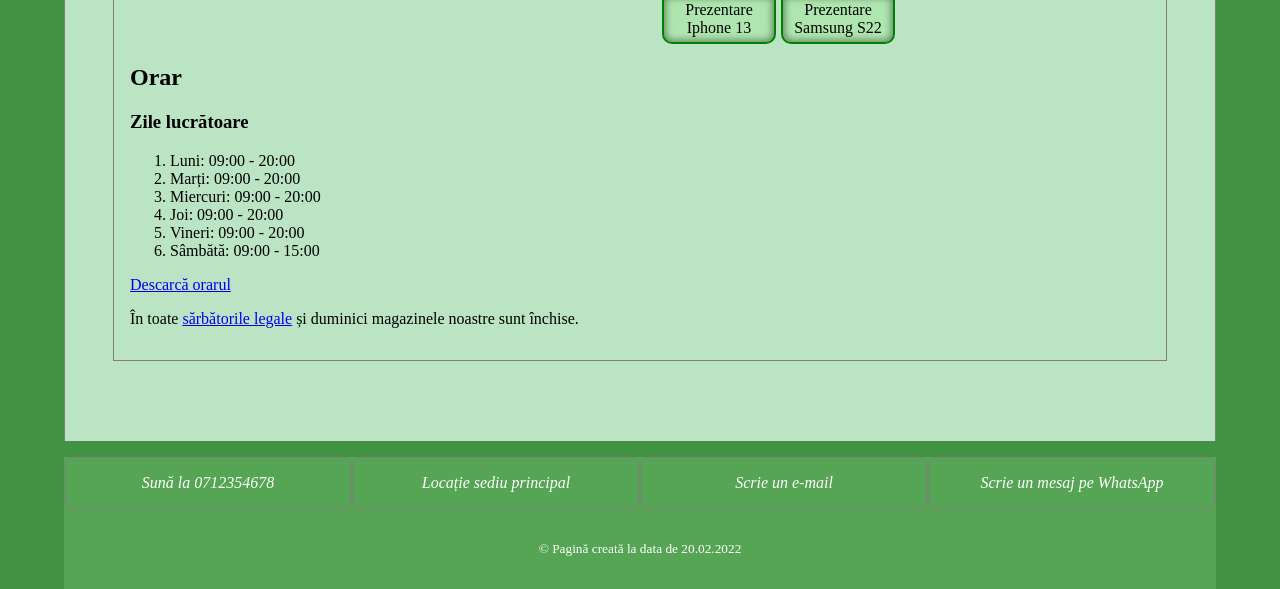
Repository: alexbanilean/Proiect-TW---ElectroHub
Page: index.html
These files come from the project's save history. The page is drawn as it stood at one moment and after the next save; the edit follows.
The browser window is 1280 px wide. The pictures show the part of the page from y = 3438 to 4027 px (the page is 4027 px tall).

Above is the page before, as saved 2022-03-06 19:19:54.

### index.html
<!DOCTYPE html>
<html lang="ro">
    <head>

        <meta charset="utf-8">
        <meta name="description" content="Universul electronicelor și electrocasnicelor la cele mai bune prețuri.">
        <meta name="keywords" content="electronice, electrocasnice, telefoane, tablete, jocuri, televizoare, smartphone">
        <meta name="author" content="Alexandru Bănilean">

        <title>ElectroHub</title>

        <link rel="apple-touch-icon" sizes="180x180" href="./resurse/ico/apple-touch-icon.png">
        <link rel="icon" type="image/png" sizes="32x32" href="./resurse/ico/favicon-32x32.png">
        <link rel="icon" type="image/png" sizes="16x16" href="./resurse/ico/favicon-16x16.png">
        <link rel="manifest" href="./resurse/ico/site.webmanifest">
        <link rel="mask-icon" href="./resurse/ico/safari-pinned-tab.svg" color="#5bbad5">
        <link rel="shortcut icon" href="./resurse/ico/favicon.ico">
        <meta name="msapplication-TileColor" content="#da532c">
        <meta name="msapplication-config" content="./resurse/ico/browserconfig.xml">
        <meta name="theme-color" content="#ffffff">

        <link rel="stylesheet" href="./resurse/css/general.css" type="text/css"/>
        <link rel="stylesheet" href="./resurse/css/general-1200.css" type="text/css" media="screen and (max-width:1200px)"/>
        <link rel="stylesheet" href="./resurse/css/general-500.css" type="text/css" media="screen and (max-width:500px)"/>
        <link rel="stylesheet" href="./resurse/css/nav.css" type="text/css"/>
        <link rel="stylesheet" href="./resurse/css/nav-500.css" type="text/css" media="screen and (max-width:500px)"/>

        <link rel="stylesheet" href="https://use.fontawesome.com/releases/v6.0.0/css/all.css">
        <link rel="preconnect" href="https://fonts.gstatic.com">
        <link href="https://fonts.googleapis.com/css?family=Montserrat" rel="stylesheet"/>

    </head>
    <body>
        <header>
            <h1>ElectroHub</h1>
        </header>

        <nav>

            <label id="hamburger" for="ch-menu">
                <img src="./resurse/imagini/hamburger_icon_alb.png" alt="menu">
            </label>
            <input id="ch-menu" type="checkbox">

            <ul class="meniu">
                <li><div class="home-button"><span class="text-home-button">Acasă</span></div>
                    <ul>
                        <li><a href="#welcome">Bine ați venit!</a></li>
                        <li><a href="#orar">Orar</a></li>
                    </ul>
                </li>
                <li><div>Despre</div>
                    <ul>
                        <li><a href="despre.html#prezentare">Prezentare</a></li>
                        <li><a href="despre.html#istoric">Istoric</a></li>
                        <li><a href="despre.html#galerie">Galerie</a></li>
                    </ul>
                </li>
                <li><div>Produse</div>
                    <ul>
                        <li><a href="#">Toate</a></li>
                        <li><a href="#">Telefoane & Tablete</a></li>
                        <li><a href="#">Laptop & Desktop</a></li>
                        <li><a href="#">TV</a></li>
                        <li><a href="#">Audio-Video & Foto</a></li>
                        <li><a href="#">Periferice</a></li>
                        <li><a href="#">Gaming, Jocuri</a></li>
                        <li><a href="#">Electrocasnice mari</a></li>
                        <li><a href="#">Electrocasnice mici</a></li>
                        <li><a href="#">Îngrijire personală</a></li>
                    </ul>
                </li>
                <li><a href="suport_clienti.html">Suport clienți</a></li>
                <li><a href="contact.html">Contact</a></li>
            </ul>
        </nav>

        <main>
            <div id="grid-pagina">
                <section id="welcome">
                    <h2>Bine ați venit!</h2>
                    <p>ElectroHub România reprezintă cel mai mare furnizor de tehnologie la nivel național,
                        oferind clienților toate produsele <b>electronice</b> și <b>electrocasnice</b> necesare, împreună cu servicii de calitate,
                        dar și tehnică de ultimă generație, de la cele mai noi <b>televizoare</b> numai bune pentru a te relaxa, până la <b>telefoane</b> mobile,
                        <b>tablete</b> și <b>jocuri</b> pentru a-i face fericiți pe cei mici și nu numai.</p>
                    <p>Scopurile urmărite de compania noastră sunt:</p>
                    <ol>
                        <li>Asigurarea serviciilor de calitate clienților noștri</li>
                        <li>Eficiență și rapiditate</li>
                        <li>Oferirea unei game variate de produse</li>
                        <li><q lang="ro" cite="https://www.postmodern.ro/articol/citate-despre-succes/">Când totul pare că e împotriva ta, amintește-ți că avioanele decolează întotdeauna împotriva vântului.</q></li>
                    </ol>

                    <figure>
                        <img sizes="(min-width:1200px) 1280px, (min-width:600px) 640px, 200px"
                            srcset="./resurse/imagini/online_shopping_large.jpg 1280w,
                                    ./resurse/imagini/online_shopping_medium.jpg 640w,
                                    ./resurse/imagini/online_shopping_small.jpg 200w"
                            src="./resurse/imagini/online_shopping_medium.jpg"
                            alt="online_shopping"
                            class="imagine_client"/>
                        <figcaption>Servicii de <em>calitate</em> și clienți mulțumiți</figcaption>
                    </figure>

                </section>

                <section id="tabel">
                    <p>Lorem ipsum dolor sit amet, consectetur adipiscing elit. Nullam aliquam odio vitae purus sagittis congue. Nullam eu facilisis felis. Suspendisse dapibus, leo id hendrerit convallis, dolor eros condimentum augue, eu luctus felis dolor sed odio. Phasellus congue tincidunt lectus, quis laoreet nibh. Nam ac nulla aliquet, dapibus eros non, dictum nulla. Donec mollis, nunc vel fringilla condimentum, enim orci varius ante, sed rutrum lectus risus et quam. Sed suscipit ac eros nec placerat. Aliquam quis urna id orci eleifend eleifend ut in sem. Fusce facilisis tristique tellus at fermentum.
                       Sed scelerisque malesuada felis eget luctus. In consectetur et lectus vel maximus. Morbi accumsan magna sed orci lobortis imperdiet. Nam sit amet risus vel lectus maximus accumsan vitae at metus. Ut convallis nisi vel tortor placerat varius. Sed pulvinar felis quis magna bibendum convallis. Praesent at arcu eget turpis viverra varius ut vel elit. Nulla cursus faucibus magna, vitae laoreet magna feugiat sit amet. Pellentesque dictum mauris lacinia, elementum tellus vitae, interdum velit. Nullam a commodo nibh. Aenean ultricies venenatis mauris. Pellentesque vel scelerisque felis. Cras gravida, sem nec laoreet bibendum, leo sapien dignissim massa, et ullamcorper sapien purus cursus ex. Phasellus consequat fringilla enim, non aliquam velit egestas lobortis.</p>
                </section>

                <section id="calendar">
                    <p>Lorem ipsum dolor sit amet, consectetur adipiscing elit. Nullam aliquam odio vitae purus sagittis congue. Nullam eu facilisis felis. Suspendisse dapibus, leo id hendrerit convallis, dolor eros condimentum augue, eu luctus felis dolor sed odio. Phasellus congue tincidunt lectus, quis laoreet nibh. Nam ac nulla aliquet, dapibus eros non, dictum nulla. Donec mollis, nunc vel fringilla condimentum, enim orci varius ante, sed rutrum lectus risus et quam. Sed suscipit ac eros nec placerat. Aliquam quis urna id orci eleifend eleifend ut in sem. Fusce facilisis tristique tellus at fermentum.
                        Sed scelerisque malesuada felis eget luctus. In consectetur et lectus vel maximus. Morbi accumsan magna sed orci lobortis imperdiet. Nam sit amet risus vel lectus maximus accumsan vitae at metus. Ut convallis nisi vel tortor placerat varius. Sed pulvinar felis quis magna bibendum convallis. Praesent at arcu eget turpis viverra varius ut vel elit. Nulla cursus faucibus magna, vitae laoreet magna feugiat sit amet. Pellentesque dictum mauris lacinia, elementum tellus vitae, interdum velit. Nullam a commodo nibh. Aenean ultricies venenatis mauris. Pellentesque vel scelerisque felis. Cras gravida, sem nec laoreet bibendum, leo sapien dignissim massa, et ullamcorper sapien purus cursus ex. Phasellus consequat fringilla enim, non aliquam velit egestas lobortis.</p>
                </section>

                <section id="anunturi">
                    <p>Lorem ipsum dolor sit amet, consectetur adipiscing elit. Nullam aliquam odio vitae purus sagittis congue. Nullam eu facilisis felis. Suspendisse dapibus, leo id hendrerit convallis, dolor eros condimentum augue, eu luctus felis dolor sed odio. Phasellus congue tincidunt lectus, quis laoreet nibh. Nam ac nulla aliquet, dapibus eros non, dictum nulla. Donec mollis, nunc vel fringilla condimentum, enim orci varius ante, sed rutrum lectus risus et quam. Sed suscipit ac eros nec placerat. Aliquam quis urna id orci eleifend eleifend ut in sem. Fusce facilisis tristique tellus at fermentum.
                        Sed scelerisque malesuada felis eget luctus. In consectetur et lectus vel maximus. Morbi accumsan magna sed orci lobortis imperdiet. Nam sit amet risus vel lectus maximus accumsan vitae at metus. Ut convallis nisi vel tortor placerat varius. Sed pulvinar felis quis magna bibendum convallis. Praesent at arcu eget turpis viverra varius ut vel elit. Nulla cursus faucibus magna, vitae laoreet magna feugiat sit amet. Pellentesque dictum mauris lacinia, elementum tellus vitae, interdum velit. Nullam a commodo nibh. Aenean ultricies venenatis mauris. Pellentesque vel scelerisque felis. Cras gravida, sem nec laoreet bibendum, leo sapien dignissim massa, et ullamcorper sapien purus cursus ex. Phasellus consequat fringilla enim, non aliquam velit egestas lobortis.</p>
                </section>

                <section id="users-list">
                    <p>Lorem ipsum dolor sit amet, consectetur adipiscing elit. Nullam aliquam odio vitae purus sagittis congue. Nullam eu facilisis felis. Suspendisse dapibus, leo id hendrerit convallis, dolor eros condimentum augue, eu luctus felis dolor sed odio. Phasellus congue tincidunt lectus, quis laoreet nibh. Nam ac nulla aliquet, dapibus eros non, dictum nulla. Donec mollis, nunc vel fringilla condimentum, enim orci varius ante, sed rutrum lectus risus et quam. Sed suscipit ac eros nec placerat. Aliquam quis urna id orci eleifend eleifend ut in sem. Fusce facilisis tristique tellus at fermentum.
                        Sed scelerisque malesuada felis eget luctus. In consectetur et lectus vel maximus. Morbi accumsan magna sed orci lobortis imperdiet. Nam sit amet risus vel lectus maximus accumsan vitae at metus. Ut convallis nisi vel tortor placerat varius. Sed pulvinar felis quis magna bibendum convallis. Praesent at arcu eget turpis viverra varius ut vel elit. Nulla cursus faucibus magna, vitae laoreet magna feugiat sit amet. Pellentesque dictum mauris lacinia, elementum tellus vitae, interdum velit. Nullam a commodo nibh. Aenean ultricies venenatis mauris. Pellentesque vel scelerisque felis. Cras gravida, sem nec laoreet bibendum, leo sapien dignissim massa, et ullamcorper sapien purus cursus ex. Phasellus consequat fringilla enim, non aliquam velit egestas lobortis.</p>
                </section>

                <section id="statistici">
                    <p>Lorem ipsum dolor sit amet, consectetur adipiscing elit. Nullam aliquam odio vitae purus sagittis congue. Nullam eu facilisis felis. Suspendisse dapibus, leo id hendrerit convallis, dolor eros condimentum augue, eu luctus felis dolor sed odio. Phasellus congue tincidunt lectus, quis laoreet nibh. Nam ac nulla aliquet, dapibus eros non, dictum nulla. Donec mollis, nunc vel fringilla condimentum, enim orci varius ante, sed rutrum lectus risus et quam. Sed suscipit ac eros nec placerat. Aliquam quis urna id orci eleifend eleifend ut in sem. Fusce facilisis tristique tellus at fermentum.
                        Sed scelerisque malesuada felis eget luctus. In consectetur et lectus vel maximus. Morbi accumsan magna sed orci lobortis imperdiet. Nam sit amet risus vel lectus maximus accumsan vitae at metus. Ut convallis nisi vel tortor placerat varius. Sed pulvinar felis quis magna bibendum convallis. Praesent at arcu eget turpis viverra varius ut vel elit. Nulla cursus faucibus magna, vitae laoreet magna feugiat sit amet. Pellentesque dictum mauris lacinia, elementum tellus vitae, interdum velit. Nullam a commodo nibh. Aenean ultricies venenatis mauris. Pellentesque vel scelerisque felis. Cras gravida, sem nec laoreet bibendum, leo sapien dignissim massa, et ullamcorper sapien purus cursus ex. Phasellus consequat fringilla enim, non aliquam velit egestas lobortis.</p>
                </section>

                <section id="date-site">
                    <p>Lorem ipsum dolor sit amet, consectetur adipiscing elit. Nullam aliquam odio vitae purus sagittis congue. Nullam eu facilisis felis. Suspendisse dapibus, leo id hendrerit convallis, dolor eros condimentum augue, eu luctus felis dolor sed odio. Phasellus congue tincidunt lectus, quis laoreet nibh. Nam ac nulla aliquet, dapibus eros non, dictum nulla. Donec mollis, nunc vel fringilla condimentum, enim orci varius ante, sed rutrum lectus risus et quam. Sed suscipit ac eros nec placerat. Aliquam quis urna id orci eleifend eleifend ut in sem. Fusce facilisis tristique tellus at fermentum.
                        Sed scelerisque malesuada felis eget luctus. In consectetur et lectus vel maximus. Morbi accumsan magna sed orci lobortis imperdiet. Nam sit amet risus vel lectus maximus accumsan vitae at metus. Ut convallis nisi vel tortor placerat varius. Sed pulvinar felis quis magna bibendum convallis. Praesent at arcu eget turpis viverra varius ut vel elit. Nulla cursus faucibus magna, vitae laoreet magna feugiat sit amet. Pellentesque dictum mauris lacinia, elementum tellus vitae, interdum velit. Nullam a commodo nibh. Aenean ultricies venenatis mauris. Pellentesque vel scelerisque felis. Cras gravida, sem nec laoreet bibendum, leo sapien dignissim massa, et ullamcorper sapien purus cursus ex. Phasellus consequat fringilla enim, non aliquam velit egestas lobortis.</p>
                </section>

                <section id="random">

                    <details>
                        <summary>Categorii de produse</summary>
                        <ol>
                            <li>Telefoane & Tablete</li>
                            <li>Laptop & Desktop</li>
                            <li>TV, Audio-Video & Foto</li>
                            <li>Periferice</li>
                            <li>Gaming, Jocuri</li>
                            <li>Electrocasnice mari</li>
                            <li>Electrocasnice mici</li>
                            <li>Îngrijire personală</li>
                        </ol>
                    </details>

                    <details>
                        <summary>Întrebări frecvente</summary>
                        <ol>
                            <li>Cum cumpăr?</li>
                            <li>Cum pot returna un produs?</li>
                            <li>Cum aflu dacă produsul meu este sau nu în garanție?</li>
                        </ol>
                    </details>

                    <section id="prezentari">
                        <h2>Prezentari</h2>
                        <p>Aici puteti vedea cele mai noi telefoane ale momentului prezentate profesionist.</p>

                        <div class="video-prezentari">
                            <div id="container-iframe">
                                <iframe name="ifr-video" width="560" height="315" src="https://www.youtube.com/embed/Awu6ZyfDeeQ"
                                allow="accelerometer; autoplay; clipboard-write; encrypted-media; gyroscope; picture-in-picture" allowfullscreen></iframe>
                            </div>

                             <div class="taburi-iframe">
                                <a href="https://www.youtube.com/embed/Awu6ZyfDeeQ" target="ifr-video">Prezentare Iphone 13</a>
                                <a href="https://www.youtube.com/embed/XTiu4o0PCxY" target="ifr-video">Prezentare Samsung S22</a>
                            </div>
                        </div>



                    </section>

                    <section id="orar">
                        <h2>Orar</h2>
                        <section>
                            <h3>Zile lucrătoare</h3>
                            <ol>
                                <li>Luni: 09:00 - 20:00</li>
                                <li>Marți: 09:00 - 20:00</li>
                                <li>Miercuri: 09:00 - 20:00</li>
                                <li>Joi: 09:00 - 20:00</li>
                                <li>Vineri: 09:00 - 20:00</li>
                                <li>Sâmbătă: 09:00 - 15:00</li>
                            </ol>

                            <a href="./resurse/imagini/orar.jpg" download="orar_ElectroHub_2022">Descarcă orarul</a>

                            <p>În toate <a href="https://www.zileliberelegale.ro/zile-libere-2022">sărbătorile legale</a> și duminici magazinele noastre sunt închise.</p>
                        </section>
                    </section>
                </section>
            </div>
        </main>

        <footer>
            <address>
                <a href="tel:+40712354678">Sună la 0712354678</a>
                <a href="https://www.google.com/maps/place/Faculty+of+Mathematics+and+Informatics+-+University+of+Bucharest/@44.4355355,26.0995867,15z/data=!4m5!3m4!1s0x0:0x493984726f0235f9!8m2!3d44.4355355!4d26.0995867">Locație sediu principal</a><br/>
                <a href="mailto::clienti.electrohub@gmail.com">Scrie un e-mail</a>
                <a href="https://api.whatsapp.com/send?phone=40712354678">Scrie un mesaj pe WhatsApp</a>
            </address>

            <a href="#" id="link-top"><div class="tooltip"><span class="tooltiptext">Înapoi în partea de sus a paginii</span></div></a>

            <p class="copyright-info"><small>&copy; Pagină creată la data de <time datetime="2022-02-20">20.02.2022</time></small></p>
        </footer>
    </body>
</html>

### resurse/css/general.css
html{
    font-size: 16px;
}

body{


    --c1-text: black;
}

body{
    --body-padding: 4rem;
    --pading-intern: 3rem;

    margin-top: 0;
    margin-bottom: 0;
    margin-left: 0;
    margin-right: 0;

    padding-top: 0;
    padding-bottom: 0;
    padding-left: var(--body-padding);
    padding-right: var(--body-padding);

    background-color: rgb(65, 146, 65);
    background-attachment: fixed;

    min-width: 330px;
}

h1{
    font-size: 3rem;
    font-family: 'Montserrat';
    color: white;
}

main{
    --main-border: 1px solid grey;

    background-color: rgb(186, 228, 195);
    border-left: var(--main-border);
    border-right: var(--main-border);
    padding-bottom: 2rem;

    overflow: hidden;
}

#grid-pagina{
    display: grid;

    grid-template-areas:
                        "zona-1 zona-1 zona-1 zona-1"
                        "zona-5 zona-6 zona-6 zona-7"
                        "zona-3 zona-3 zona-2 zona-2"
                        "zona-4 zona-4 zona-2 zona-2"
                        "zona-8 zona-8 zona-8 zona-8";
    grid-template-columns: 1fr 1fr 1fr 1fr;
    padding: var(--pading-intern);
    grid-gap: 1rem;
}

#grid-pagina>section{
    border: 1px solid grey;
    padding: 1rem;
}

#welcome{
    grid-area: zona-1;
}

#welcome .imagine_client{
    width: 100%;
    margin-left: auto;
    margin-right: auto;
}

#welcome figcaption{
    width: 100%;
    text-align: center;
}

#tabel{
    grid-area: zona-2;
}

#calendar{
    grid-area: zona-3;
}

#anunturi{
    grid-area: zona-4;
}

#users-list{
    grid-area: zona-5;
}

#statistici{
    grid-area: zona-6;
}

#date-site{
    grid-area: zona-7;
}

#random{
    grid-area: zona-8;
}

footer{
    background-color: rgb(85, 165, 85);
    color: white;
}

footer>address{
    display: flex;
    flex-direction: row;
    margin-top: 1rem;
    background-color: none;
}

footer>address a{

    display: flex;
    text-decoration: none;
    color: white;

    justify-content: center;
    align-items: center;

    border: 1px solid grey;
    border-radius: 0.5rem;

    width: 25%;
    margin: 0;
    padding: 1rem;
}

footer>.copyright-info{
    display: flex;
    flex-direction: row;
    justify-content: center;
    align-items: center;
    margin: 0;
    padding: 2rem;
}

/* Iframe + taburi */

.video-prezentari{
    position: relative;
    display: flex;
    flex-direction: column;
    align-items: center;
    align-content: center;
    min-width: 300px;
    width: 75%;
}

#container-iframe{
    box-sizing: border-box;
    display: flex;
    position: relative;
    padding-bottom: 56.25%;
    height: 0;
    width: 100%;
}

#container-iframe iframe{
    border: 4px solid green;
    padding: 0;
    top: 0;
    left: 0;
    position: absolute;
    width: 100%;
    height: 100%;
}

.taburi-iframe{
    display: flex;
    flex-direction: row;
    justify-content: right;
    align-items: center;
    width: 100%;

}

.taburi-iframe a{
    text-decoration: none;
    width: 100px;

    display: inline-block;
    border: 2px solid green;
    border-top: 4px solid green;

    border-bottom-left-radius: 10px;
    border-bottom-right-radius: 10px;
    background-color: rgb(175, 230, 175);
    color: black;

    transition: all 300ms linear;
    text-align: center;
    vertical-align: top;
    padding: 5px;

    box-shadow: 0px 0px 7px 2px inset rgb(98, 138, 98);
}

.taburi-iframe a+a{
    margin-left: 5px;

}

.taburi-iframe a:hover{
    background-color: white;
    box-shadow: none;
}

/* Link-top */

#link-top::before{
    content:'\01F839';
    font-size: 2rem;
    display: flex;
    flex-direction: column;
    justify-content: center;
    color: green;
    margin: 0;
    padding: 0;
    width: 100%;
    height: 100%;
    position: absolute;

    transform: scale(1);
    transition: 400ms linear;
    transform-origin: center center;
}

#link-top:hover::before{
    transform: scale(1.5);
    transition: 400ms linear;
    transform-origin: center center;
}

#link-top{
    position: fixed;
    display: flex;
    opacity: 0.5;

    bottom: 1rem;
    right: 1rem;
    width: 2.5rem;
    height: 2.3rem;
    background-color: white;
    border-top-left-radius: 50%;
    border-top-right-radius: 50%;
    border: 1px solid grey;
    box-shadow: 0px 0px 8px inset rgb(116, 115, 115);
    overflow: hidden;

    text-decoration: none;
    text-align: center;
}

#link-top:hover{
    opacity: 1;
    box-shadow: 0px 0px 15px inset rgb(116, 115, 115);
    transition: 400ms linear;
}


#link-top>.tooltip{
    bottom: 1rem;
    right: 1rem;
    width: 2.5rem;
    height: 2.3rem;
    position: fixed;
}

.tooltip>.tooltiptext{
    visibility: hidden;
    display: inline-block;
    width: 250px;
    background-color: white;
    color: black;
    text-align: center;
    border-radius: 10px;
    padding: 5px;

    position: absolute;
    z-index: 1;
    bottom: 0;
    right: 110%;
}

#link-top:hover>.tooltip>.tooltiptext{
    visibility: visible;
}

### resurse/css/general-1200.css
html{
    font-size: 14px;
}

body{
    --body-padding: 1.5rem;
    margin: 0;
}

#link-top{
    right: 1.7rem;
}

#link-top>.tooltip{
    right: 1.8rem;
}

nav>ul.meniu>li>div.home-button>.text-home-button{
    display: none;
}

nav>ul.meniu>li>div.home-button::before{
    padding-right: 0;
}

### resurse/css/general-500.css
html{
    font-size: 10px;
}

body{
    --body-padding: 0;
}

h1{
    text-align: center;
}

#grid-pagina{
    display: block;
}

section{
    margin-top: 1rem;
}

.taburi-iframe a{
    text-decoration: none;
    width: 75px;
}

#link-top{
    right: 0.3rem;
}

#link-top>.tooltip{
    right: 0.4rem;
}

### resurse/css/nav-500.css
#hamburger{
    display: block;
}

ul.meniu{
    display: none;
    position: absolute;
    width: 100%;
}

/* aparitie meniu */

#ch-menu:checked+ul.meniu{
    display: block;
    z-index: 2;
    position: absolute;
    transform-origin: 0 0;

    animation-name: aparitie_meniu;
    animation-iteration-count: 1;
    animation-timing-function: linear;
    animation-fill-mode: forwards;
    animation-duration: 300ms;
}

#ch-menu:checked+ul.meniu>li>div, #ch-menu:checked+ul.meniu>li>a{
    z-index: 2;
    position: relative;
}

/* display over content meniu */

nav ul.meniu li{
    width: 100%;
}

nav ul.meniu>li ul{
    position: absolute;
    width: 100%;
    z-index: 200;
}

#ch-menu:checked+ul.meniu>li ul>*{
    position: relative;
    z-index: 200;
}

nav ul.meniu>li:hover>ul{
    z-index: 200;
    animation: none;
}

/* modificari sageata + boxshadow */

nav ul.meniu>li:hover>ul li a::before{
    content: none;
}

nav ul.meniu>li:hover>ul li a:hover::before{
    animation: none;
    content: none;
}

ul.meniu>li :hover{
    box-shadow: 1px 1px 5px 1px inset white, -1px -1px 5px 1px inset white;
}

@keyframes aparitie_meniu{
    0%{transform: scale(0,0);}
    100%{transform: scale(1,1);}
}

Loaded but not shown: resurse/css/nav.css (124 lines, source omitted)

After the next save:
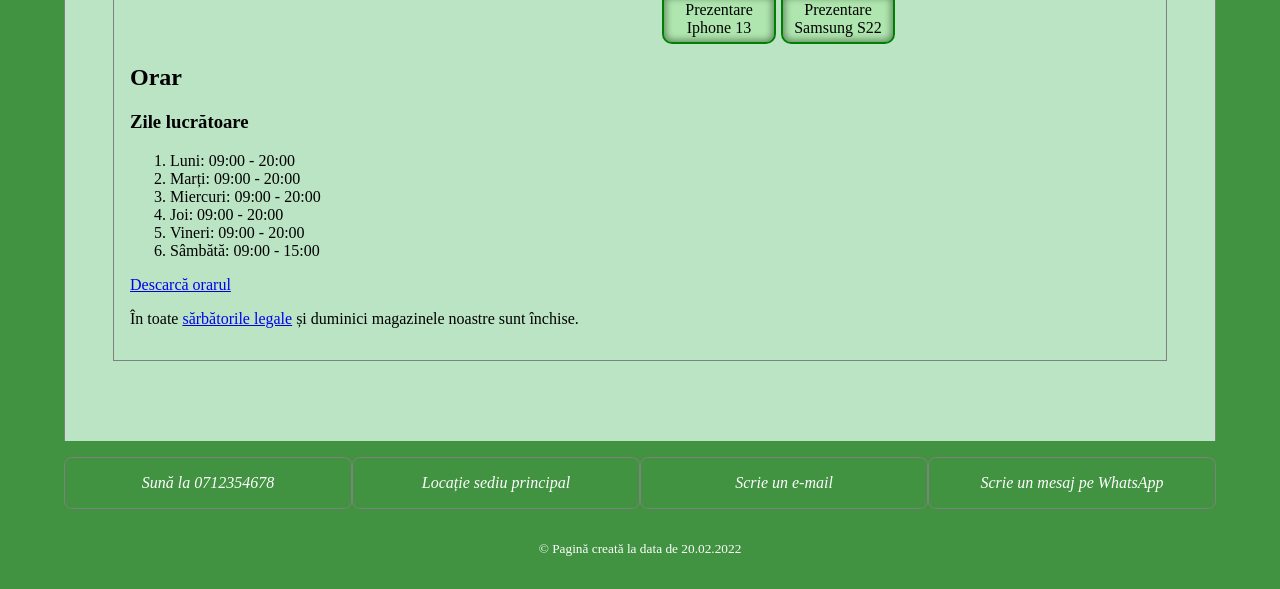
Saved 40 s later.
--- a/resurse/css/general.css
+++ b/resurse/css/general.css
@@ -108,7 +108,7 @@ main{
 }
 
 footer{
-    background-color: rgb(85, 165, 85);
+    background-color: rgb(65, 146, 65);
     color: white;
 }
 
